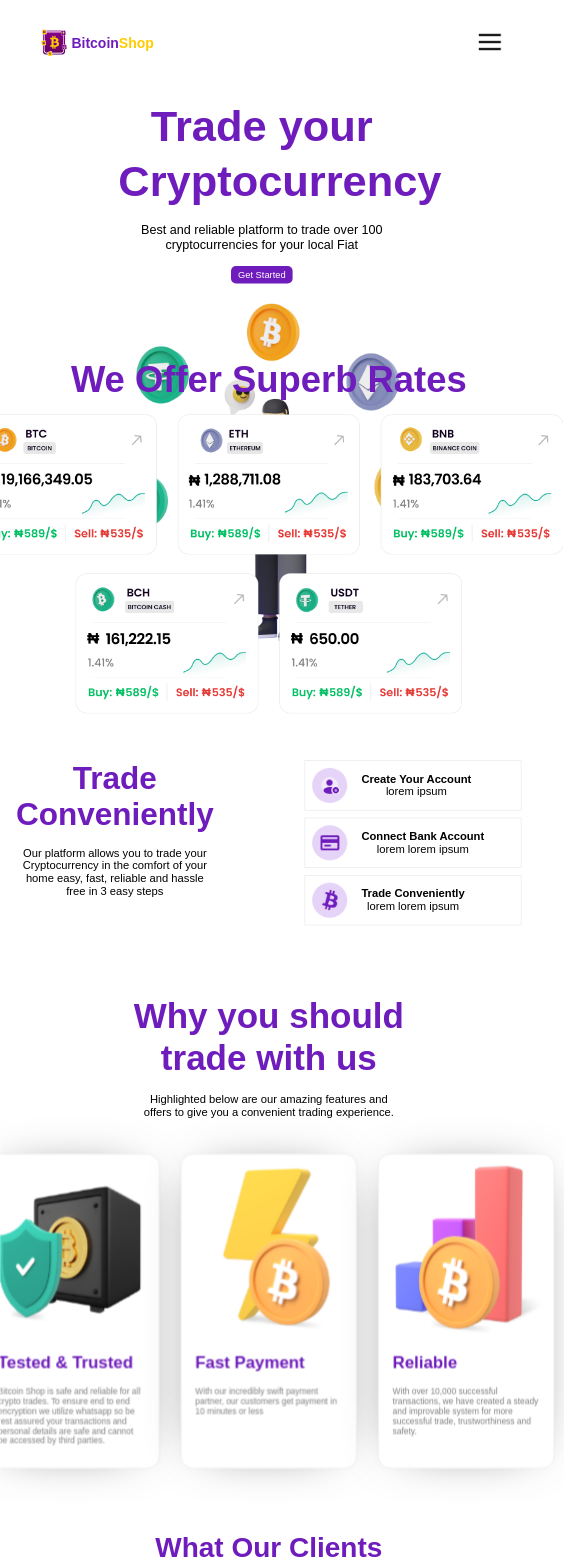
Repository: akinmiday/bitcoinshop-website
Page: /
These files come from the project's save history. The page is drawn as it stood at one moment and after the next save; the edit follows.
The browser window is 768 px wide. The page is 805 px wide, so the pictures cover 805 px, including what lies to the right of the window. The pictures show the part of the page from y = 0 to 2240 px (the page is 3084 px tall), at 70% of full size.
The project was rebuilt for these pictures with package versions that can differ from the ones it lists, and the page was loaded fresh each time. Also part of the build but not shown: vite.config.js.

Above is the page before, as saved 2023-07-12 05:49:16.

After the next save:
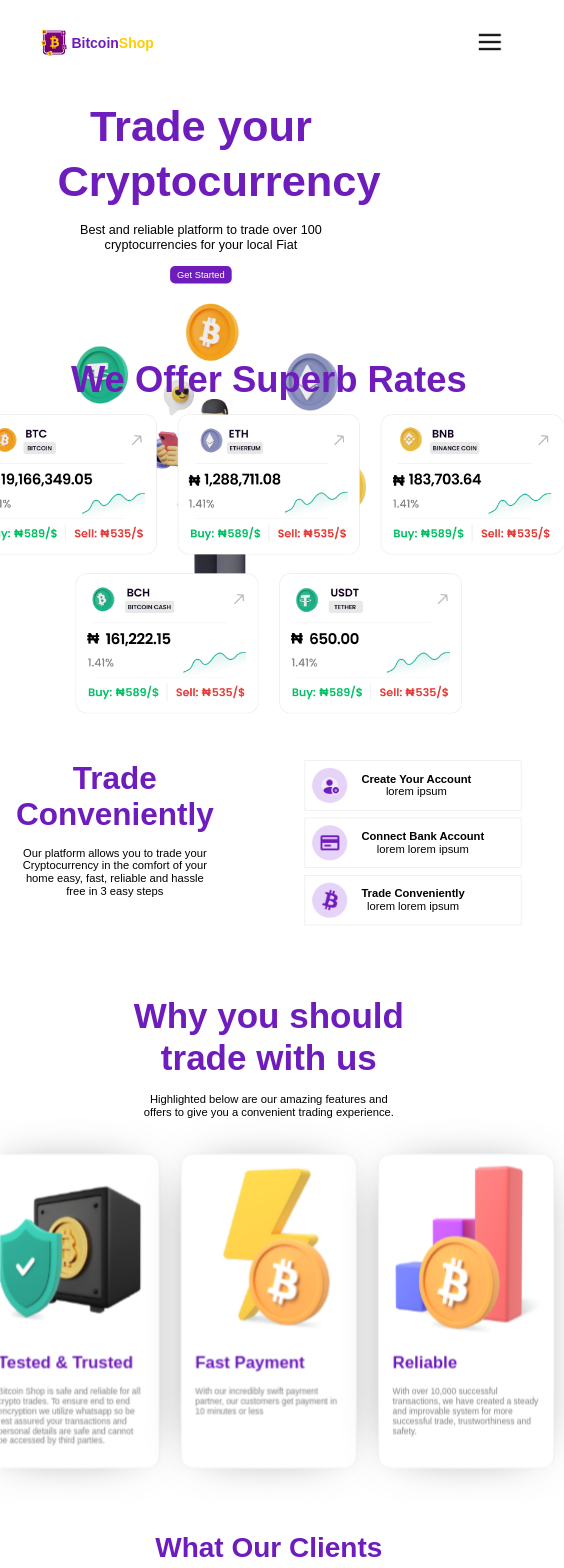
Saved 49 s later.
--- a/src/index.css
+++ b/src/index.css
@@ -402,5 +402,6 @@
 
 .title-section{
   display: grid;
-}
-}
+  width: fit-content;
+}
+}

After the 5 saves that followed:
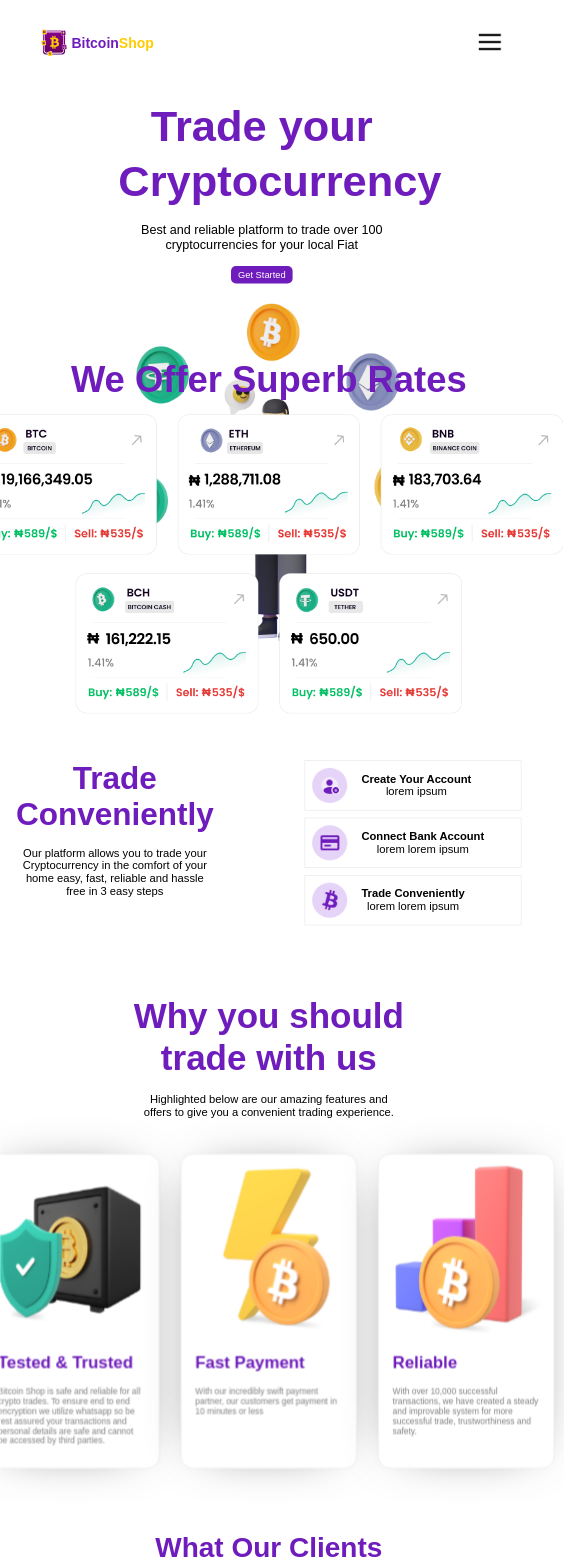
The 5 saves are shown as one change because 4 left the picture as it was.
The last was saved 59 s later.
--- a/src/index.css
+++ b/src/index.css
@@ -402,6 +402,5 @@
 
 .title-section{
   display: grid;
-  width: fit-content;
-}
-}
+}
+}
